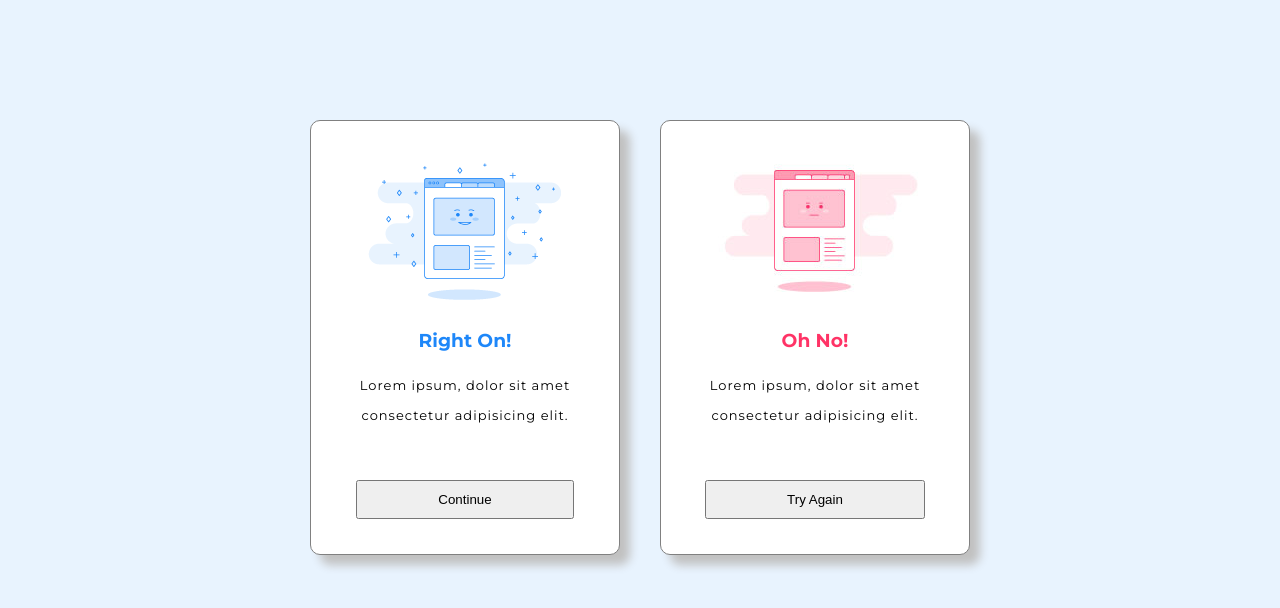
Repository: giahuy405/flash_message_BEM
Page: index.html
An editor plug-in stored every save of this project. The page is shown before and after the next save, followed by the edit.
The browser window is 1280 px wide. The pictures show the whole page.

Above is the page before, as saved 2022-09-06 02:39:14.

### index.html
<!DOCTYPE html>
<html lang="en">
<head>
    <meta charset="UTF-8">
    <meta http-equiv="X-UA-Compatible" content="IE=edge">
    <meta name="viewport" content="width=device-width, initial-scale=1.0">
    <title>Document</title>
    <link href="https://fonts.googleapis.com/css2?family=Montserrat:wght@300;400;500;700&display=swap" rel="stylesheet">
    <link rel="stylesheet" href="css/index.css">
</head>
<body>
        <!--
        code về phần flash message và áp dụng BEM Block Element Modifier
        Ví dụ :
        Laptop là Block ( 1 khối lớn )

        Thì các Element ( thành phần ) sẽ là : keyboard, mouse, screen, touch-pad
        Block Element : Laptop__keyboard, Laptop__mouse....

        Modifer ( biến thể khác ) sẽ là : loại của chúng như to, nhỏ, hãng,...
        Block Modifier : Laptop--big, Laptop--small,
        Block Element Modifier : Laptop__keyboard--apple , Laptop__touch-pad--smooth,...
    -->
        <!-- Block: flash message
        Element: img, title, desc (description), button
        Modifier: primary, secondary

        Block 1 & block 2
        flash-message
        flash-message__img, flash-message__title, flash-message__desc, flash-message__button

        Block 1: flash-message__title--primary -->


        <div class="container">
            <div class="flash-message__padding">
                <div class="flash-message">
                    <div class="flash-message__img">
                        <img src="./ui_ux_blue.jpg" alt="">
                    </div>
                    <div class="flash-message__title flash-message__title--blue">
                        <h3>Right On!</h3>
                    </div>
                    <div class="flash-message__desc">
                        Lorem ipsum, dolor sit amet consectetur adipisicing elit.
                    </div>
                    <button class="flash-message__button">Continue</button>
                </div>
            </div>
            <div class="flash-message__padding">

                    <div class="flash-message">
                        <div class="flash-message__img">
                            <img src="./ui_ux_pink.jpg" alt="">
                        </div>
                        <div class="flash-message__title flash-message__title--pink">
                            <h3>Oh No!</h3>
                        </div>
                        <div class="flash-message__desc">
                            Lorem ipsum, dolor sit amet consectetur adipisicing elit.
                        </div>
                        <button class="flash-message__button">Try Again</button>
                    </div>

            </div>
             <div class="clear"></div>
        </div>

</body>
</html>

### css/index.css
*{
    box-sizing: border-box;
}
body{
    padding: 0;
    margin: 0;
    background-color: #e8f3fe;
    font-family: 'Montserrat', sans-serif;
}
.clear{
    clear: both;
}
.container{
    width: 700px;
    height: auto;
    margin:auto;
    margin-top: 100px;
}
 .flash-message__padding{
    float: left;
    width: 50%;
    padding: 20px;
}
.flash-message{
    border: 1px solid gray;
    background-color: white;
    border-radius: 10px;
    padding: 35px 30px;
    box-shadow: 10px 10px 10px rgb(193, 193, 193);
    text-align: center;
}
.flash-message__title--blue{
    color: #1e87f9;
}
.flash-message__title--pink{
    color: #ff3366;
}
.flash-message__desc{
    font-size: 13px;
    line-height: 30px;
    letter-spacing: 1px;
}
.flash-message__button{
    padding: 10px 80px;
    margin-top: 50px;
}

After the next save:
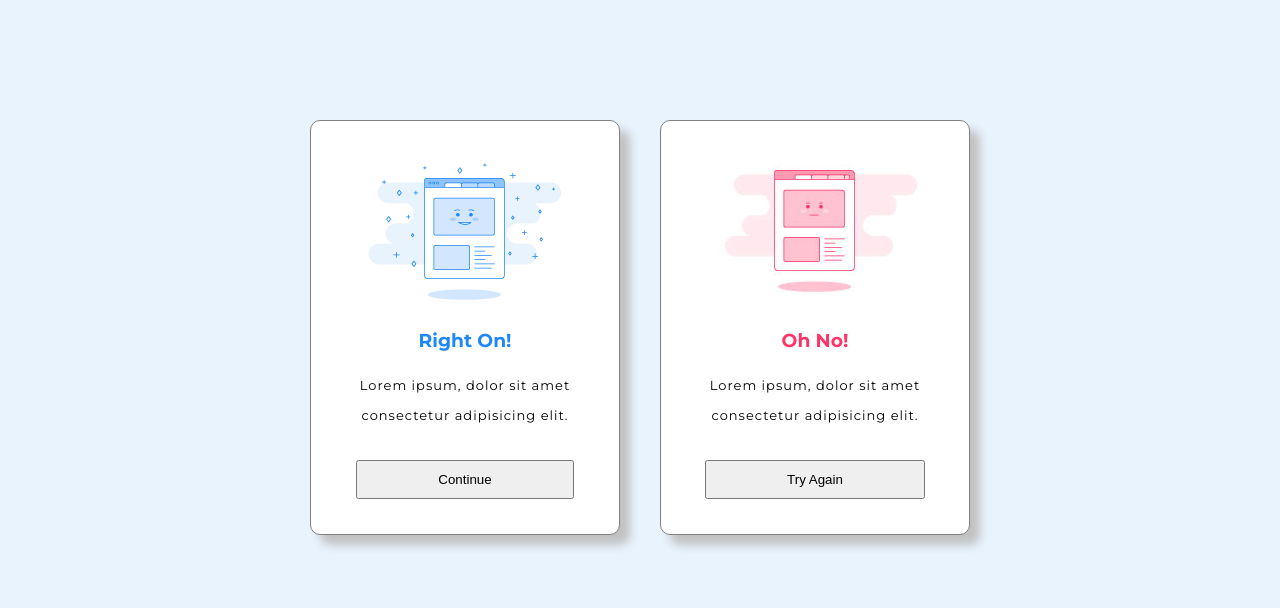
Saved 4 s later.
--- a/css/index.css
+++ b/css/index.css
@@ -42,5 +42,5 @@ body{
 }
 .flash-message__button{
     padding: 10px 80px;
-    margin-top: 50px;
+    margin-top: 30px;
 }
